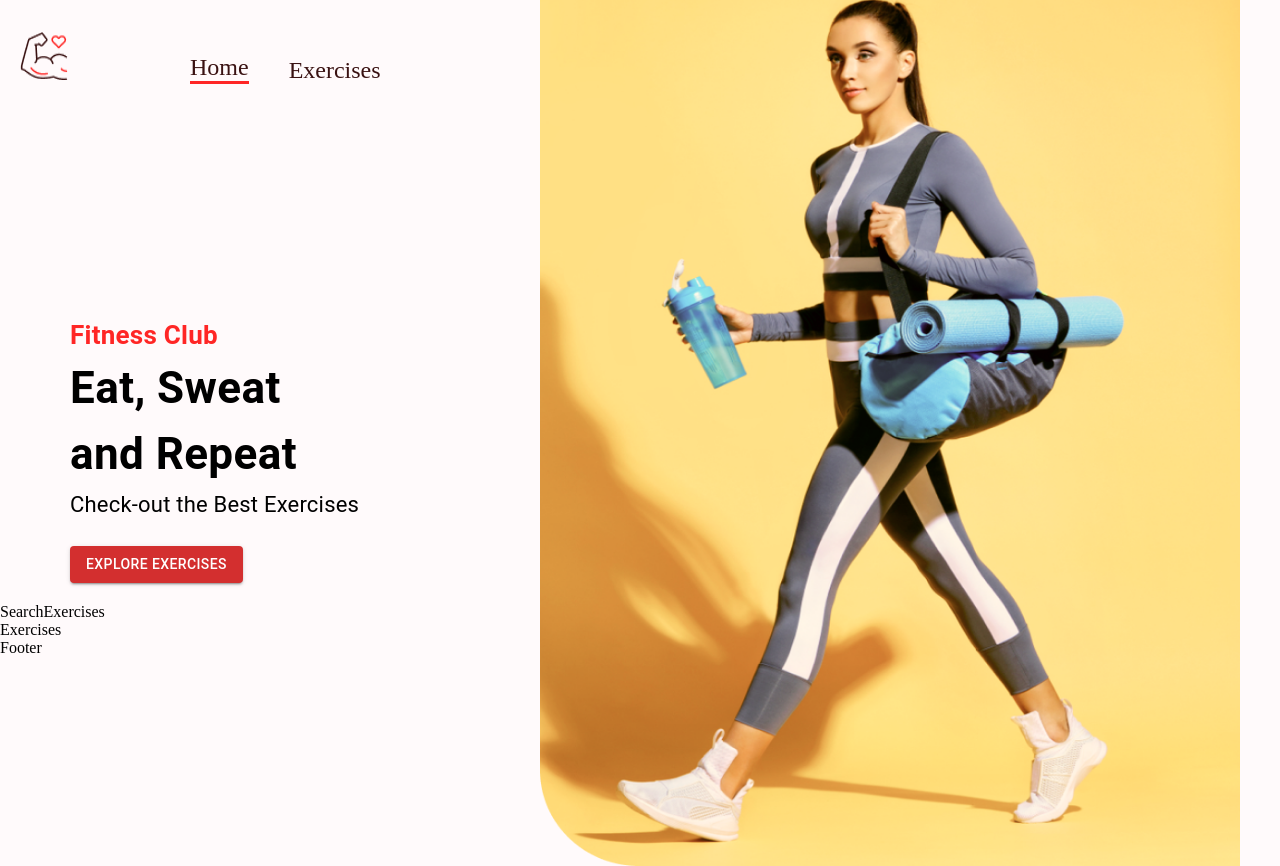
Repository: remydev47/fitness-center
Page: /
These files come from the project's save history. The page is drawn as it stood at one moment and after the next save; the edit follows.
The browser window is 1280 px wide. The pictures show the whole page.
The project was rebuilt for these pictures with package versions that can differ from the ones it lists, and the page was loaded fresh each time. Also part of the build but not shown: src/pages/ExerciseDetail.js.

Above is the page before, as saved 2022-07-26 00:36:20.

After the next save:
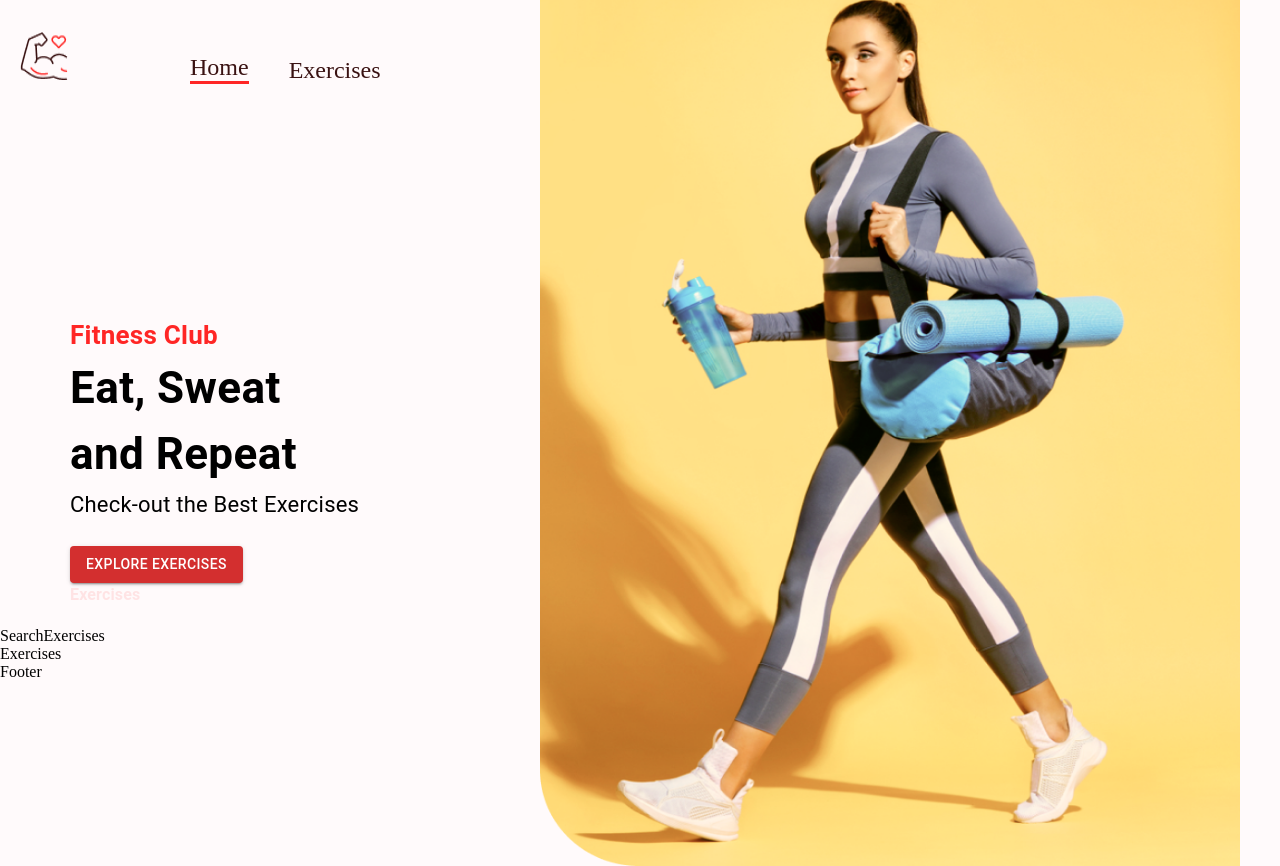
Saved 3 min 24 s later.
--- a/src/components/HeaderBanner.js
+++ b/src/components/HeaderBanner.js
@@ -41,6 +41,16 @@ const HeaderBanner = () => {
         >
             Explore Exercises
         </Button>
+        <Typography
+          fontWeight={600}
+          color="#ff2625"
+          sx={{
+            opacity: '0.1',
+            display: { lg: 'block', xs: 'none'}
+          }}
+        >
+            Exercises
+        </Typography>
         <img
           src={HeroBannerImage}
           alt="banner"
